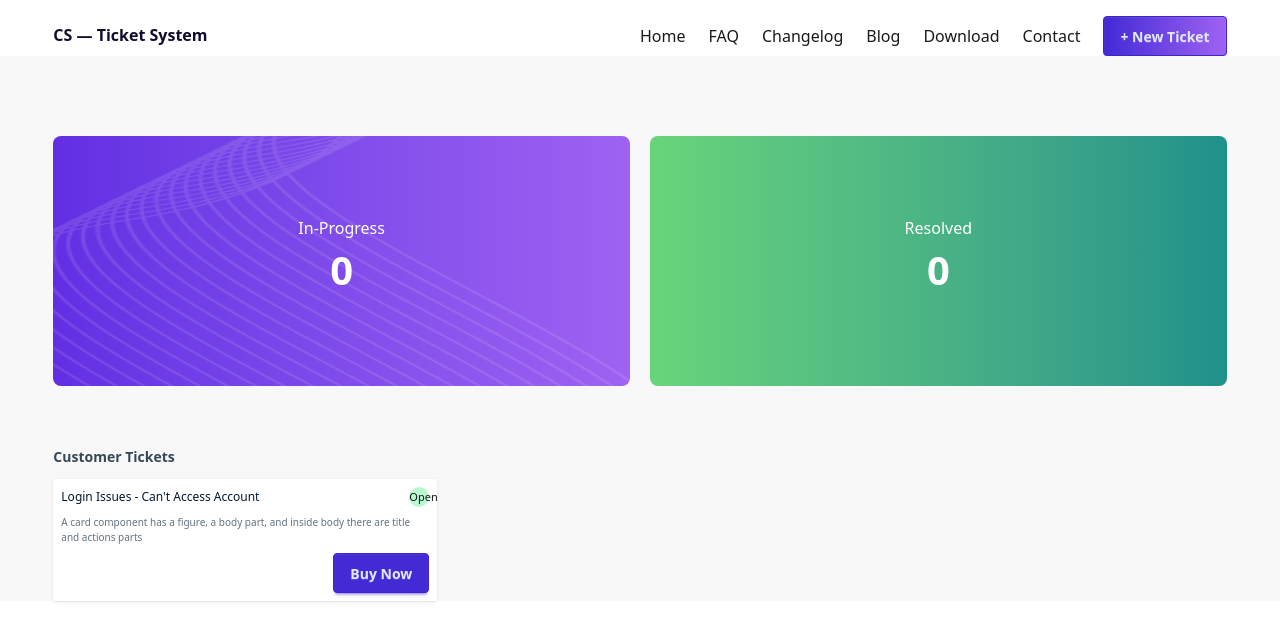
Repository: SanjidaSnigdha/Customer-Support-Zone
Page: /
These files come from the project's save history. The page is drawn as it stood at one moment and after the next save; the edit follows.
The browser window is 1280 px wide. The pictures show the whole page.
The project was rebuilt for these pictures with package versions that can differ from the ones it lists, and the page was loaded fresh each time. Also part of the build but not shown: vite.config.js, src/App.css.

Above is the page before, as saved 2026-03-24 03:34:09.

After the next save:
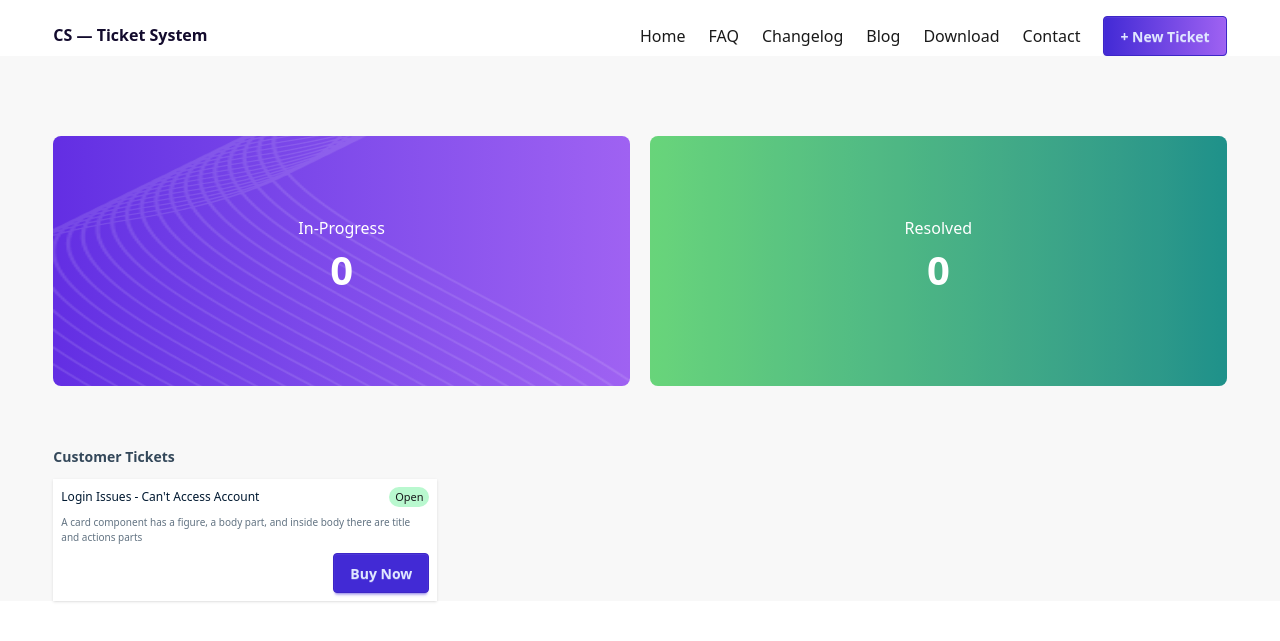
Saved 5 s later.
--- a/src/component/CustomerTickets/CustomerTickets.jsx
+++ b/src/component/CustomerTickets/CustomerTickets.jsx
@@ -10,7 +10,7 @@ const CustomerTickets = ({customerPromise}) => {
   <div className="card-body">
     <div className='flex justify-between'>
      <h2 className="card-title text-[#001931] font-medium text-[12px]">Login Issues - Can't Access Account</h2>
-     <button className='rounded-4xl bg-[#B9F8CF] w-[20px] h-[20px]'>Open</button>
+     <button className='rounded-4xl bg-[#B9F8CF] w-[40px] h-[20px]'>Open</button>
 
     </div>
     <p className='text-[#627382] text-[10px] font-medium'>A card component has a figure, a body part, and inside body there are title and actions parts</p>
